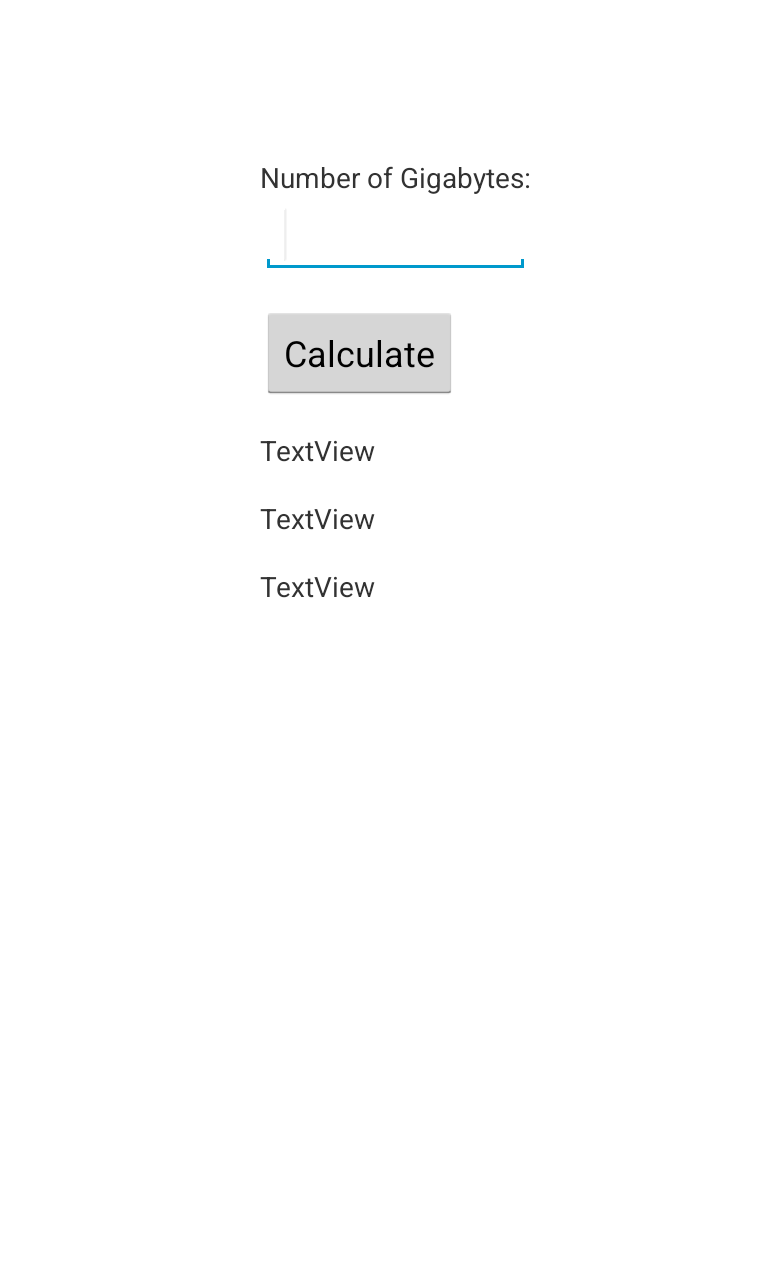
Repository: laurenelder/Java1-Project1
Layout: LinearLayoutProject/res/layout/activity_main.xml
The author's editor kept a copy of each file at every save. The layout is drawn from the files as they stood at one save, then again after the next save.
It is drawn on a 768 x 1280 px phone screen (xhdpi) without system bars, with theme AppTheme; the app's code is not run.

Above is the layout before, as saved 2014-05-10 00:33:59.

### LinearLayoutProject/res/layout/activity_main.xml
<FrameLayout xmlns:android="http://schemas.android.com/apk/res/android"
    xmlns:tools="http://schemas.android.com/tools"
    android:id="@+id/container"
    android:layout_width="match_parent"
    android:layout_height="match_parent"
    tools:context="com.elderDevin.linearlayoutproject.MainActivity"
    tools:ignore="MergeRootFrame">

    <LinearLayout
        android:id="@+id/linear"
        android:layout_width="wrap_content"
        android:layout_height="wrap_content"
        android:layout_marginTop="50dp"
        android:layout_marginLeft="130dp"
        android:orientation="vertical"
        tools:context="com.elderDevin.linearlayoutproject.MainActivity">

        <TextView
            android:id="@+id/textView1"
            android:layout_width="wrap_content"
            android:layout_height="wrap_content"
            android:layout_marginTop="29dp"
            android:text="@string/textfield_title" />

        <EditText
            android:id="@+id/numInput"
            android:layout_width="match_parent"
            android:layout_height="wrap_content"
            android:inputType="numberSigned" >

            <requestFocus />
        </EditText>

        <Button
            android:id="@+id/calculateBtn"
            android:layout_width="wrap_content"
            android:layout_height="wrap_content"
            android:layout_marginTop="15dp"
            android:text="@string/button_text"
        	android:onClick="Clicked"/>

        <TextView
            android:id="@+id/byteView"
            android:layout_width="wrap_content"
            android:layout_height="wrap_content"
            android:layout_marginTop="15dp"
            android:text="TextView" />

        <TextView
            android:id="@+id/kByteView"
            android:layout_width="wrap_content"
            android:layout_height="wrap_content"
            android:layout_marginTop="15dp"
            android:text="TextView" />

        <TextView
            android:id="@+id/mByteView"
            android:layout_width="wrap_content"
            android:layout_height="wrap_content"
            android:layout_marginTop="15dp"
            android:text="TextView" />
    </LinearLayout>
</FrameLayout>

### LinearLayoutProject/res/values/strings.xml
<?xml version="1.0" encoding="utf-8"?>
<resources>

    <string name="app_name">Linear Layout Project</string>
    <string name="hello_world">Hello world!</string>
    <string name="action_settings">Settings</string>
    <string name="textfield_title">Number of Gigabytes:</string>
    <string name="button_text">Calculate</string>

</resources>

Loaded but not shown: LinearLayoutProject/res/values/styles.xml (common file); LinearLayoutProject/res/values-v11/styles.xml (common file); LinearLayoutProject/res/values-v14/styles.xml (common file)

After the next save:
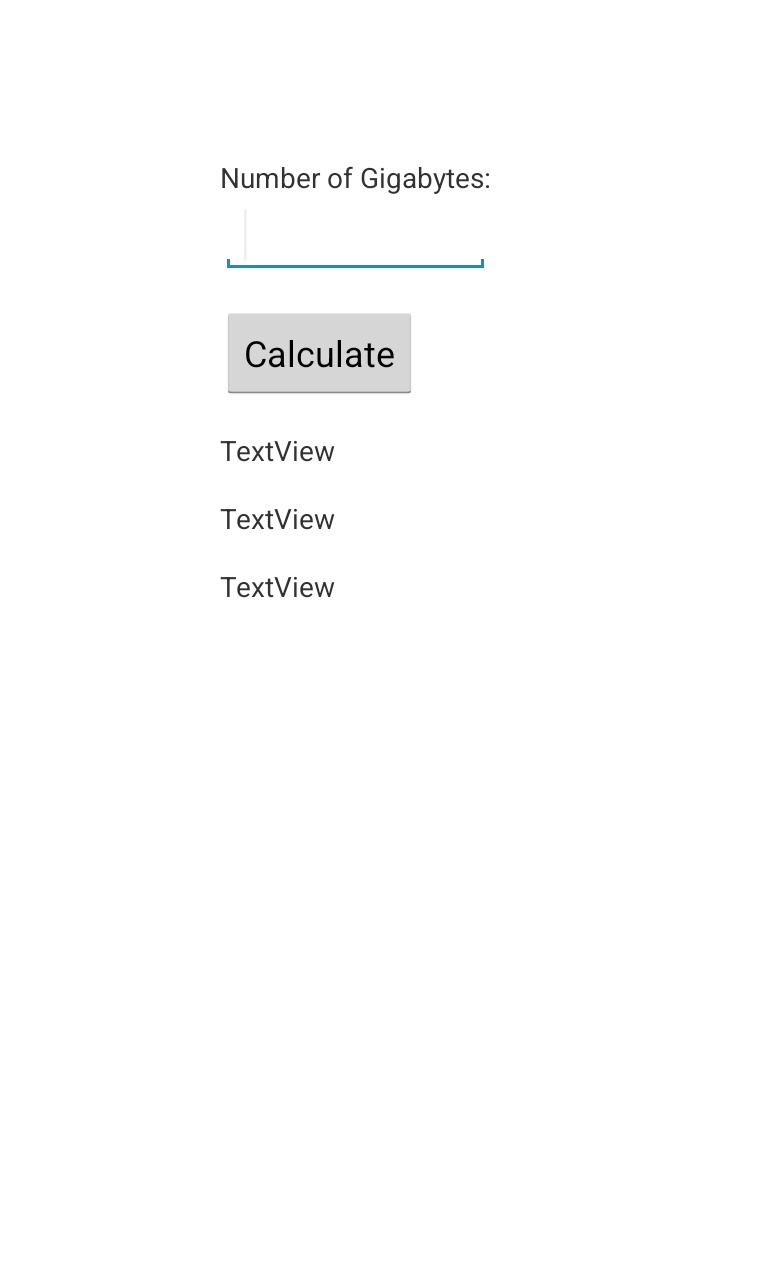
Saved 27 s later.
--- a/LinearLayoutProject/res/layout/activity_main.xml
+++ b/LinearLayoutProject/res/layout/activity_main.xml
@@ -11,7 +11,7 @@
         android:layout_width="wrap_content"
         android:layout_height="wrap_content"
         android:layout_marginTop="50dp"
-        android:layout_marginLeft="130dp"
+        android:layout_marginLeft="110dp"
         android:orientation="vertical"
         tools:context="com.elderDevin.linearlayoutproject.MainActivity">
 
